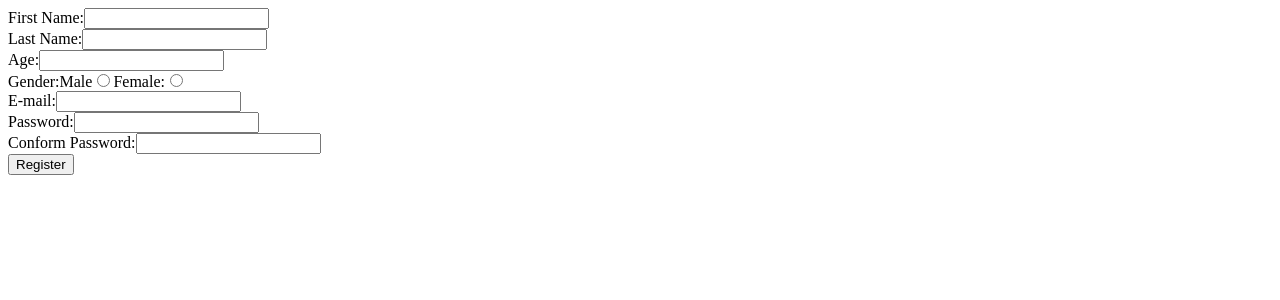
Repository: iamvinayhv/Servlet
Page: App1/WebContent/view/register.html
An editor plug-in stored every save of this project. The page is shown before and after the next save, followed by the edit.
The browser window is 1280 px wide. The pictures show the whole page.

Above is the page before, as saved 2017-03-08 12:16:10.

After the next save:
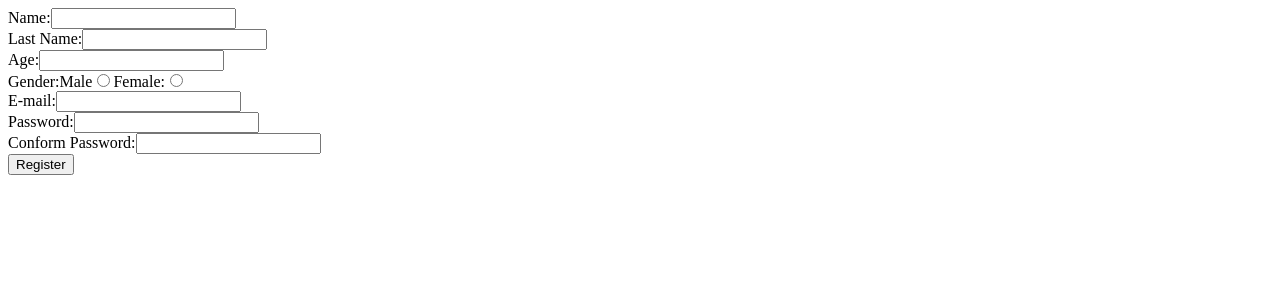
Saved 44 s later.
--- a/App1/WebContent/view/register.html
+++ b/App1/WebContent/view/register.html
@@ -8,7 +8,7 @@
 
 <form action="register" method="post">
 
-First Name:<input type="text" name="fname"><br/>
+Name:<input type="text" name="fname"><br/>
 Last Name:<input type="text" name="lname"><br/>
 Age:<input type="text" name="age"><br/>
 Gender:Male<input type="radio" name="gender" value="male">Female:<input type="radio" name="gender" value="female"><br/>

After the save that followed:
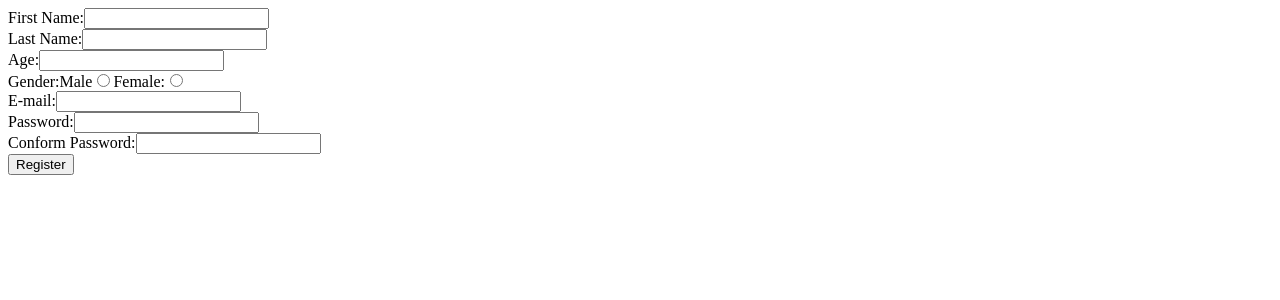
Saved 16 s later.
--- a/App1/WebContent/view/register.html
+++ b/App1/WebContent/view/register.html
@@ -8,7 +8,7 @@
 
 <form action="register" method="post">
 
-Name:<input type="text" name="fname"><br/>
+First Name:<input type="text" name="fname"><br/>
 Last Name:<input type="text" name="lname"><br/>
 Age:<input type="text" name="age"><br/>
 Gender:Male<input type="radio" name="gender" value="male">Female:<input type="radio" name="gender" value="female"><br/>
